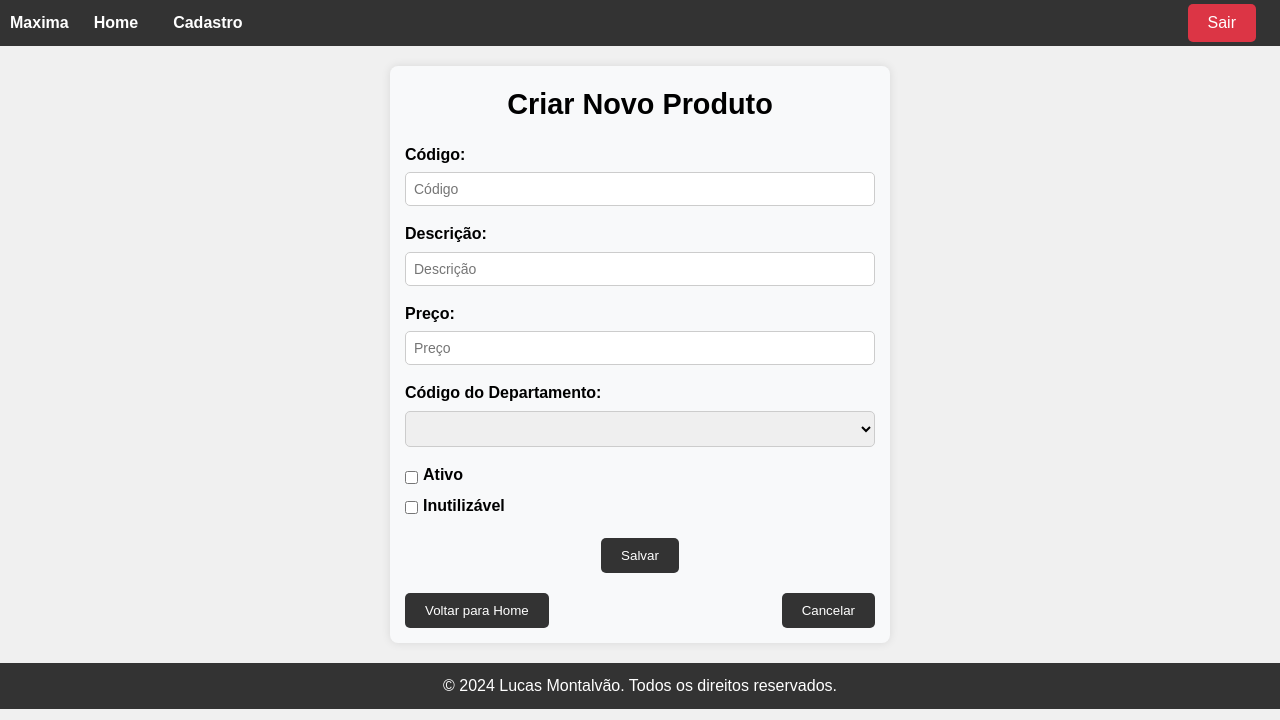
Repository: LucasMontalvao1/ProjetoMaxima
Page: /produto/criar (app in AngularMaxima/)
The author's editor kept a copy of each file at every save. The page is drawn from the files as they stood at one save, then again after the next save.
The browser window is 1280 px wide. The pictures show the whole page.
The page's requests for data from a server got no answer. The project was rebuilt for these pictures with package versions that can differ from the ones it lists, and the page was loaded fresh each time. No one was signed in, and anything a server would have sent is missing. Also part of the build but not shown: AngularMaxima/angular.json, AngularMaxima/src/app/pages/login/login.component.ts, AngularMaxima/src/app/pages/home/home.component.ts, AngularMaxima/src/app/pages/produto/produto.component.ts, AngularMaxima/src/app/pages/departamento/departamento.component.ts.

Above is the page before, as saved 2024-07-14 22:26:32.

### AngularMaxima/src/index.html
<!doctype html>
<html lang="en">
<head>
  <meta charset="utf-8">
  <title>AngularMaxima</title>
  <base href="/">
  <meta name="viewport" content="width=device-width, initial-scale=1">
  <link rel="icon" type="image/x-icon" href="favicon.ico">
</head>
<body>
  <app-root></app-root>
</body>
</html>

### AngularMaxima/src/styles.css
* {
  margin: 0;
  padding: 0;
  box-sizing: border-box;
}

body {
  font-family: Arial, sans-serif;
  background-color: #f0f0f0;
  font-size: 16px;
  line-height: 1.6;
}

.container {
  display: flex;
  flex-direction: column;
  justify-content: space-between;
  min-height: 100vh;
}

### AngularMaxima/src/app/app.module.ts
import { NgModule } from '@angular/core';
import { BrowserModule } from '@angular/platform-browser';

import { AppRoutingModule } from './app-routing.module';
import { AppComponent } from './app.component';
import { LoginComponent } from './pages/login/login.component';
import { ReactiveFormsModule } from '@angular/forms';
import { HttpClientModule } from '@angular/common/http';
import { AuthService } from './services/auth.service';
import { HomeComponent } from './pages/home/home.component';
import { MenuComponent } from './layout/menu/menu.component';
import { FooterComponent } from './layout/footer/footer.component';
import { ProdutosComponent } from './pages/produto/produto.component';
import { DepartamentoComponent } from './pages/departamento/departamento.component';
import { ProdutosCriarComponent } from '../../src/app/pages/produto/produto-criar/produto-criar.component';

@NgModule({
  declarations: [
    AppComponent,
    LoginComponent,
    HomeComponent,
    MenuComponent,
    FooterComponent,
    ProdutosComponent,
    DepartamentoComponent,
    ProdutosCriarComponent,

  ],
  imports: [
    BrowserModule,
    AppRoutingModule,
    ReactiveFormsModule,
    HttpClientModule
  ],
  providers: [AuthService],
  bootstrap: [AppComponent]
})
export class AppModule { }

### AngularMaxima/src/app/app-routing.module.ts
import { NgModule } from '@angular/core';
import { RouterModule, Routes } from '@angular/router';
import { LoginComponent } from './pages/login/login.component';
import { HomeComponent } from './pages/home/home.component';
import { ProdutosComponent } from './pages/produto/produto.component';
import { DepartamentoComponent } from './pages/departamento/departamento.component';
import { ProdutosCriarComponent } from './pages/produto/produto-criar/produto-criar.component';

const routes: Routes = [
  { path: '', redirectTo: '/login', pathMatch: 'full'},
  { path: 'login', component: LoginComponent},
  { path: 'home', component: HomeComponent},
  { path: 'produto', component: ProdutosComponent},
  { path: 'produto/criar', component: ProdutosCriarComponent},
  { path: 'departamento', component: DepartamentoComponent},
];

@NgModule({
  imports: [RouterModule.forRoot(routes)],
  exports: [RouterModule]
})
export class AppRoutingModule { }

### AngularMaxima/src/app/app.component.ts
import { Component } from '@angular/core';

@Component({
  selector: 'app-root',
  templateUrl: './app.component.html',
  styleUrls: ['./app.component.css']
})
export class AppComponent {
  title = 'AngularMaxima';
}

### AngularMaxima/src/app/services/auth.service.ts
import { Injectable } from '@angular/core';
import { HttpClient } from '@angular/common/http';
import { Observable } from 'rxjs';
import { environment } from '../../../src/environments/environment';
import { Router } from '@angular/router';

@Injectable({
  providedIn: 'root'
})
export class AuthService {

  private apiUrl = environment.apiUrl;

  constructor(private http: HttpClient, private router: Router) { }

  login(username: string, password: string): Observable<any> {
    const body = { username, password };
    return this.http.post<any>(`${this.apiUrl}/login`, body, { responseType: 'text' as 'json' });
  }

    logout() {
    this.router.navigate(['/login']);
    }
}

### AngularMaxima/src/app/layout/menu/menu.component.ts
import { Component } from '@angular/core';
import { AuthService } from '../../services/auth.service';

@Component({
  selector: 'app-menu',
  templateUrl: './menu.component.html',
  styleUrls: ['./menu.component.css']
})
export class MenuComponent {

  constructor(private authService: AuthService) {}

  logout() {
    this.authService.logout();
  }
}

### AngularMaxima/src/app/pages/produto/produto-criar/produto-criar.component.ts
import { Component, OnInit } from '@angular/core';
import { FormBuilder, FormGroup, Validators } from '@angular/forms';
import { Router } from '@angular/router';
import { ProdutoService } from '../../../services/produto.service';
import { DepartamentoService } from 'src/app/services/departamento.service';
import { Departamento } from 'src/app/models/departamento.model';

@Component({
  selector: 'app-produtos-criar',
  templateUrl: './produto-criar.component.html',
  styleUrls: ['./produto-criar.component.css']
})
export class ProdutosCriarComponent implements OnInit {

  produtoForm!: FormGroup;
  departamentosAtivos: Departamento[] = [];

  constructor(
    private formBuilder: FormBuilder,
    private router: Router,
    private produtoService: ProdutoService,
    private departamentoService: DepartamentoService
  ) {}

  ngOnInit(): void {
    this.produtoForm = this.formBuilder.group({
      codigo: ['', Validators.required],
      descricao: ['', Validators.required],
      preco: ['', Validators.required],
      departamentoCodigo: ['', Validators.required],
      status: [false],
      inutilizavel: [false]
    });

    this.carregarDepartamentos();
  }

  carregarDepartamentos() {
    this.departamentoService.getAllDepartamentos().subscribe(
      (data: Departamento[]) => {
        this.departamentosAtivos = data;
      },
      (error) => {
        console.error('Erro ao carregar departamentos:', error);
      }
    );
  }

  onSubmit() {
    if (this.produtoForm.valid) {
      const statusValue = this.produtoForm.get('status')?.value ? 1 : 0;
      const inutilizavelValue = this.produtoForm.get('inutilizavel')?.value ? 1 : 0;

      const { codigo, descricao, preco, departamentoCodigo } = this.produtoForm.value;

      this.produtoService.createProduto(
        codigo,
        descricao,
        preco,
        departamentoCodigo,
        statusValue,
        inutilizavelValue
      ).subscribe(
        (response) => {
          console.log('Produto criado com sucesso:', response);
          this.router.navigate(['/produtos']);
        },
        (error) => {
          console.error('Erro ao criar produto:', error);
        }
      );
    } else {
      console.error('Formulário inválido. Verifique os campos.');
    }
  }

  voltarParaHome() {
    this.router.navigate(['/home']);
  }

  voltarParaProdutos() {
    this.router.navigate(['/produtos']);
  }
}

### AngularMaxima/src/environments/environment.ts
export const environment = {
  production: false,
  apiUrl: 'https://localhost:7041'
};

### AngularMaxima/src/app/layout/menu/menu.component.html
<div class="menu-container">
  <nav class="menu">
    <ul>
      <li>Maxima</li>
      <li><a routerLink="/home">Home</a></li>
      <li class="cadastro">
        <a>Cadastro</a>
        <div class="submenu">
          <a routerLink="/produto">Produtos</a>
          <a routerLink="/departamento">Departamentos</a>
        </div>
      </li>
    </ul>
  </nav>

  <div class="user-actions">
    <button class="logout-button" (click)="logout()">Sair</button>
  </div>
</div>

### AngularMaxima/src/app/layout/menu/menu.component.css
.menu {
  background-color: #333;
  color: white;
  padding: 10px;
  display: flex;
  justify-content: space-between;
  align-items: center;
  width: 100%;
}

.menu ul {
  list-style-type: none;
  display: flex;
}

.menu ul li {
  margin-right: 15px;
  position: relative;
  font-weight: bold;
}

.menu ul li a {
  color: white;
  text-decoration: none;
  font-weight: bold;
  padding: 10px;
  position: relative;
}

.menu ul li a:hover {
  text-decoration: underline;
}

.submenu {
  display: none;
  position: absolute;
  background-color: #333;
  padding: 10px;
  top: 100%;
  left: 0;
  z-index: 1;
  width: 200px;
}

.menu ul li.cadastro:hover .submenu {
  display: block;
}

.submenu a {
  display: block;
  color: white;
  text-decoration: none;
  padding: 8px 12px;
}

.submenu a:hover {
  background-color: #555;
}

.user-actions {
  margin-left: auto;
}

.logout-button {
  background-color: #dc3545;
  color: white;
  border: none;
  padding: 10px 20px;
  border-radius: 5px;
  cursor: pointer;
  font-size: 1rem;
  margin: 4px;
}

.logout-button:hover {
  background-color: #c82333;
}

.header {
  position: fixed;
  top: 0;
  left: 0;
  width: 100%;
  background-color: #333;
  color: white;
  padding: 10px 20px;
  display: flex;
  justify-content: space-between;
  align-items: center;
}

.menu-container {
  display: flex;
  align-items: center;
}

.user-actions {
  position: absolute;
  top: 0;
  right: 20px;
}

### AngularMaxima/src/app/layout/footer/footer.component.html
<footer class="footer">
  <p>&copy; 2024 Lucas Montalvão. Todos os direitos reservados.</p>
</footer>

### AngularMaxima/src/app/layout/footer/footer.component.css
.footer {
  background-color: #333;
  color: white;
  text-align: center;
  bottom: 0;
  width: 100%;
  padding: 10px 0;
}

### AngularMaxima/src/app/services/produto.service.ts
import { Injectable } from '@angular/core';
import { HttpClient } from '@angular/common/http';
import { Observable } from 'rxjs';
import { environment } from '../../../src/environments/environment';
import { Produto } from '../models/produto.model';

@Injectable({
  providedIn: 'root'
})
export class ProdutoService {

  private apiUrl = environment.apiUrl + '/produto';

  constructor(private http: HttpClient) { }

  getAllProdutos(): Observable<Produto[]> {
    return this.http.get<Produto[]>(this.apiUrl);
  }

  getProdutoById(id: number): Observable<Produto> {
    const url = `${this.apiUrl}/${id}`;
    return this.http.get<Produto>(url);
  }

  createProduto(codigo: string, descricao: string, preco: number, departamentoCodigo: string, status: number, inutilizavel: number): Observable<Produto> {
    const produto = {
      id: 0,
      codigo,
      descricao,
      departamentoCodigo,
      preco,
      status,
      inutilizavel
    };

    return this.http.post<Produto>(this.apiUrl, produto);
  }

  updateProduto(id: number, produto: Produto): Observable<Produto> {
    const url = `${this.apiUrl}/${id}`;
    return this.http.put<Produto>(url, produto);
  }

  deleteProduto(id: number): Observable<any> {
    const url = `${this.apiUrl}/${id}`;
    return this.http.delete<any>(url);
  }
}

### AngularMaxima/src/app/services/departamento.service.ts
import { Injectable } from '@angular/core';
import { HttpClient } from '@angular/common/http';
import { Observable } from 'rxjs';
import { environment } from '../../environments/environment';
import { Departamento } from '../models/departamento.model';

@Injectable({
  providedIn: 'root'
})
export class DepartamentoService {

  private apiUrl = environment.apiUrl + '/departamento';

  constructor(private http: HttpClient) { }

  getAllDepartamentos(): Observable<Departamento[]> {
    return this.http.get<Departamento[]>(this.apiUrl);
  }

  getDepartamentoByCodigo(codigo: string): Observable<Departamento> {
    return this.http.get<Departamento>(`${this.apiUrl}/codigo/${codigo}`);
  }

  createDepartamento(departamento: Departamento): Observable<Departamento> {
    return this.http.post<Departamento>(this.apiUrl, departamento);
  }

  updateDepartamento(id: number, departamento: Departamento): Observable<Departamento> {
    return this.http.put<Departamento>(`${this.apiUrl}/${id}`, departamento);
  }

  deleteDepartamento(id: number): Observable<any> {
    return this.http.delete<any>(`${this.apiUrl}/${id}`);
  }
}

### AngularMaxima/src/app/pages/produto/produto-criar/produto-criar.component.html
<app-menu></app-menu>

<div class="container">
  <div class="form-container">
    <h2 class="titulo">Criar Novo Produto</h2>
    <form *ngIf="produtoForm" [formGroup]="produtoForm" (ngSubmit)="onSubmit()">
      <div class="form-group">
        <label for="codigo">Código:</label>
        <input type="text" class="form-control" id="codigo" formControlName="codigo" placeholder="Código">
        <div *ngIf="produtoForm.get('codigo')?.invalid && produtoForm.get('codigo')?.touched" class="invalid-feedback">
          Código é obrigatório.
        </div>
      </div>
      <div class="form-group">
        <label for="descricao">Descrição:</label>
        <input type="text" class="form-control" id="descricao" formControlName="descricao" placeholder="Descrição">
        <div *ngIf="produtoForm.get('descricao')?.invalid && produtoForm.get('descricao')?.touched" class="invalid-feedback">
          Descrição é obrigatória.
        </div>
      </div>
      <div class="form-group">
        <label for="preco">Preço:</label>
        <input type="number" class="form-control" id="preco" formControlName="preco" placeholder="Preço">
        <div *ngIf="produtoForm.get('preco')?.invalid && produtoForm.get('preco')?.touched" class="invalid-feedback">
          Preço é obrigatório.
        </div>
      </div>
      <div class="form-group">
        <label for="departamentoCodigo">Código do Departamento:</label>
        <select class="form-control" id="departamentoCodigo" formControlName="departamentoCodigo">
          <option *ngFor="let departamento of departamentosAtivos" [value]="departamento.codigo">{{ departamento.descricao }}</option>
        </select>
        <div *ngIf="produtoForm.get('departamentoCodigo')?.invalid && produtoForm.get('departamentoCodigo')?.touched" class="invalid-feedback">
          Código do Departamento é obrigatório.
        </div>
      </div>
      <div class="form-group">
        <div class="form-check-inline">
          <input type="checkbox" class="form-check-input" id="status" formControlName="status">
          <label class="form-check-label" for="status">Ativo</label>
        </div>
        <div class="form-check-inline">
          <input type="checkbox" class="form-check-input" id="inutilizavel" formControlName="inutilizavel">
          <label class="form-check-label" for="inutilizavel">Inutilizável</label>
        </div>
      </div>
      <button type="submit" class="btn btn-primary mt-3">Salvar</button>
    </form>
    <div class="button-group mt-3">
      <button class="btn btn-secondary" routerLink="/home">Voltar para Home</button>
      <button class="btn btn-cancelar" routerLink="/produto">Cancelar</button>
    </div>
  </div>
</div>

<app-footer></app-footer>

### AngularMaxima/src/app/pages/produto/produto-criar/produto-criar.component.css
.container {
  display: flex;
  justify-content: center;
  align-items: center;
  min-height: calc(100vh - 140px);
  padding-top: 20px;
  padding-bottom: 20px;
}

.form-container {
  max-width: 500px;
  width: 100%;
  padding: 15px;
  background-color: #f8f9fa;
  border-radius: 8px;
  box-shadow: 0 0 10px rgba(0, 0, 0, 0.1);
  text-align: center;
}

.titulo {
  font-size: 1.8rem;
  margin-bottom: 15px;
}

.form-group {
  margin-bottom: 15px;
  text-align: left;
}

.form-group label {
  display: block;
  margin-bottom: 5px;
  font-weight: bold;
}

.form-group .form-control {
  width: 100%;
  padding: 8px;
  font-size: 14px;
  border: 1px solid #ccc;
  border-radius: 5px;
}

.form-check {
  display: flex;
  align-items: center;
  margin-bottom: 10px;
}

.form-check-inline {
  display: flex;
  align-items: center;
  margin-right: 20px;
}

.form-check-label {
  margin-left: 5px;
}

.invalid-feedback {
  color: #dc3545;
  font-size: 14px;
  margin-top: 5px;
}

.btn-primary {
  background-color: #333;
  color: white;
  border: none;
  padding: 10px 20px; /* Ajustar o padding do botão */
  border-radius: 5px;
  cursor: pointer;
}

.btn-primary:hover {
  background-color: #0056b3;
}

.btn-secondary {
  background-color: #333;
  color: white;
  border: none;
  padding: 10px 20px;
  border-radius: 5px;
  cursor: pointer;
}

.btn-secondary:hover {
  background-color: #0056b3;
}

.button-group {
  display: flex;
  justify-content: space-between;
  margin-top: 20px;
}

.btn-cancelar {
  background-color: #333;
  color: white;
  border: none;
  padding: 10px 20px;
  border-radius: 5px;
  cursor: pointer;
}

.btn-cancelar:hover {
  background-color: #b30000;
}

Loaded but not shown: AngularMaxima/src/main.ts (common file); AngularMaxima/src/app/layout/footer/footer.component.ts (common file); AngularMaxima/src/app/app.component.html (common file); AngularMaxima/src/app/app.component.css (no stored copy; drawn as an empty file)

After the next save:
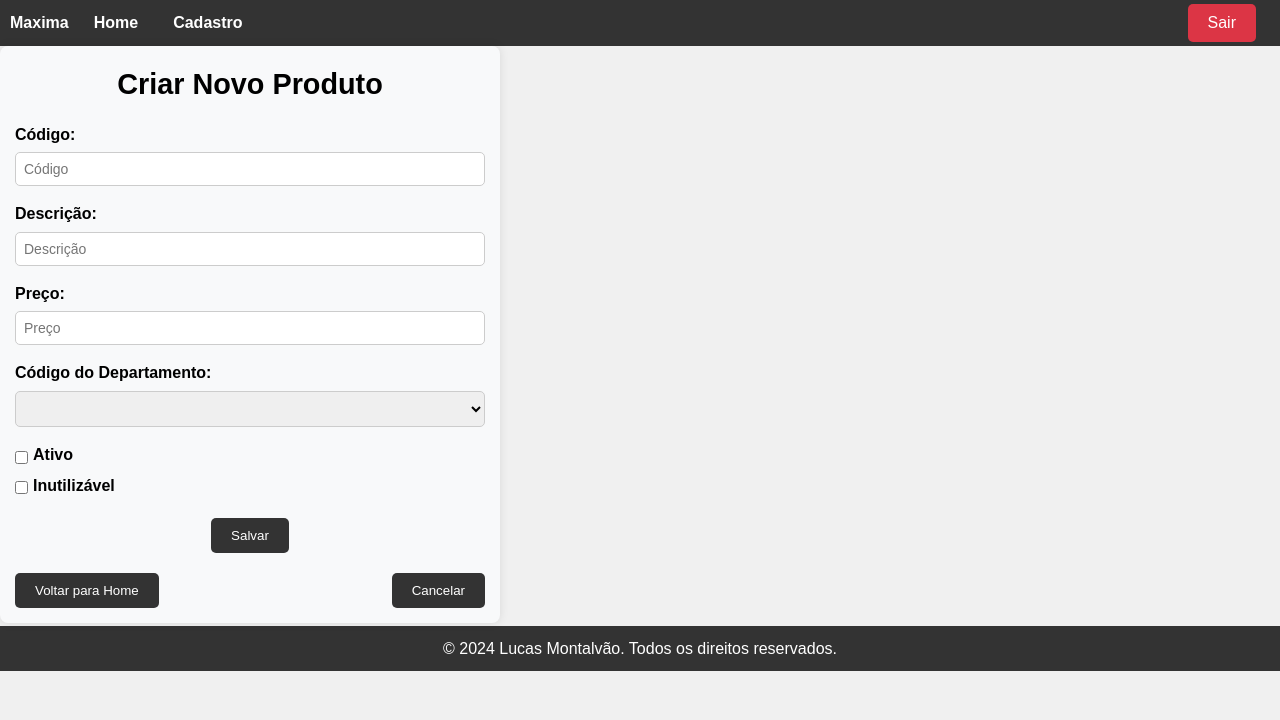
Saved 19 s later.
--- a/AngularMaxima/src/app/pages/produto/produto-criar/produto-criar.component.css
+++ b/AngularMaxima/src/app/pages/produto/produto-criar/produto-criar.component.css
@@ -1,10 +1,8 @@
 .container {
   display: flex;
-  justify-content: center;
-  align-items: center;
-  min-height: calc(100vh - 140px);
-  padding-top: 20px;
-  padding-bottom: 20px;
+  flex-direction: column;
+  justify-content: space-between;
+  min-height: calc(100vh - 140px); /* Ajuste conforme necessário */
 }
 
 .form-container {
@@ -95,6 +93,16 @@
   margin-top: 20px;
 }
 
+.footer {
+  background-color: #333;
+  color: white;
+  text-align: center;
+  position: fixed;
+  bottom: 0;
+  left: 0;
+  width: 100%;
+}
+
 .btn-cancelar {
   background-color: #333;
   color: white;

After the save that followed:
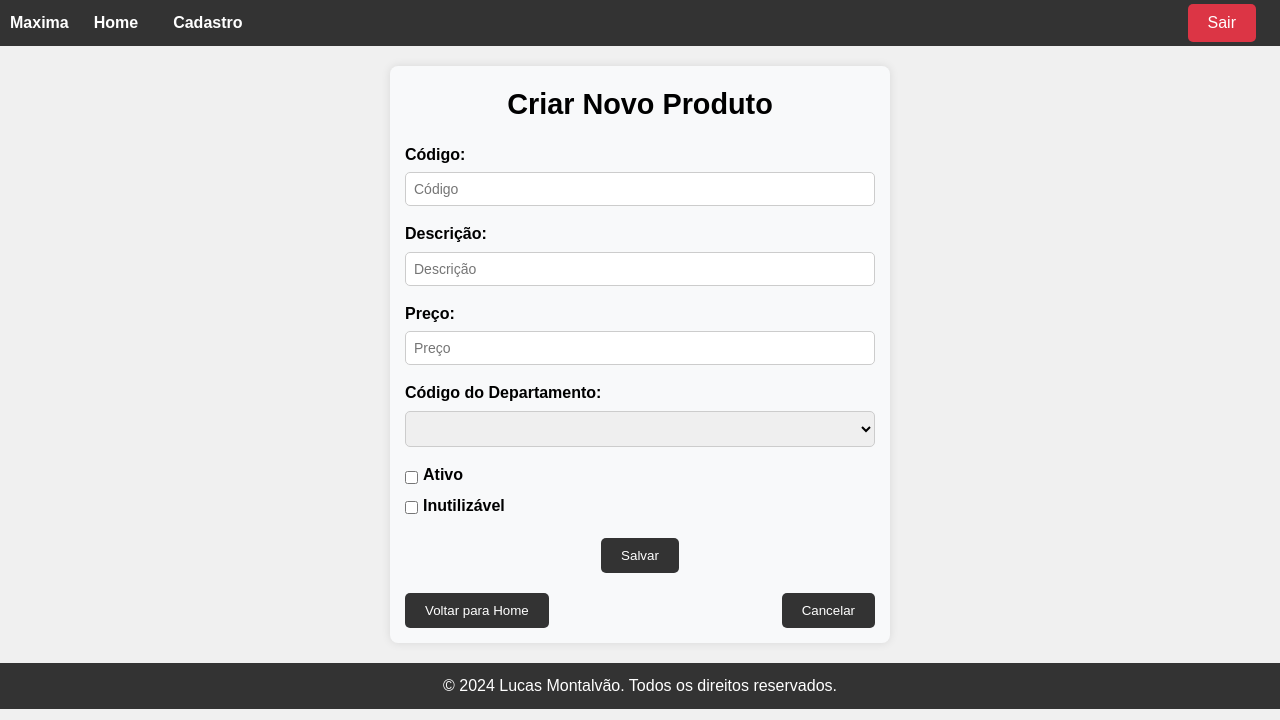
Saved 6 s later.
--- a/AngularMaxima/src/app/pages/produto/produto-criar/produto-criar.component.css
+++ b/AngularMaxima/src/app/pages/produto/produto-criar/produto-criar.component.css
@@ -1,8 +1,10 @@
 .container {
   display: flex;
-  flex-direction: column;
-  justify-content: space-between;
-  min-height: calc(100vh - 140px); /* Ajuste conforme necessário */
+  justify-content: center;
+  align-items: center;
+  min-height: calc(100vh - 140px);
+  padding-top: 20px;
+  padding-bottom: 20px;
 }
 
 .form-container {
@@ -93,16 +95,6 @@
   margin-top: 20px;
 }
 
-.footer {
-  background-color: #333;
-  color: white;
-  text-align: center;
-  position: fixed;
-  bottom: 0;
-  left: 0;
-  width: 100%;
-}
-
 .btn-cancelar {
   background-color: #333;
   color: white;
